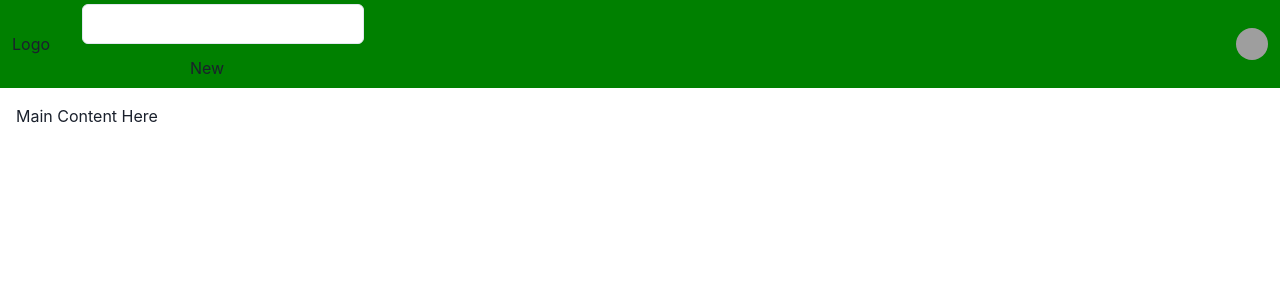
Repository: Vedprakas987/Shopee_cw24
Page: / (app in shopee_online/)
An editor plug-in stored every save of this project. The page is shown before and after the next save, followed by the edit.
The browser window is 1280 px wide. The pictures show the whole page.
Pictures or frames that could not be fetched are drawn as grey boxes. The project was rebuilt for these pictures with package versions that can differ from the ones it lists, and the page was loaded fresh each time.

Above is the page before, as saved 2022-12-15 21:17:58.

After the next save:
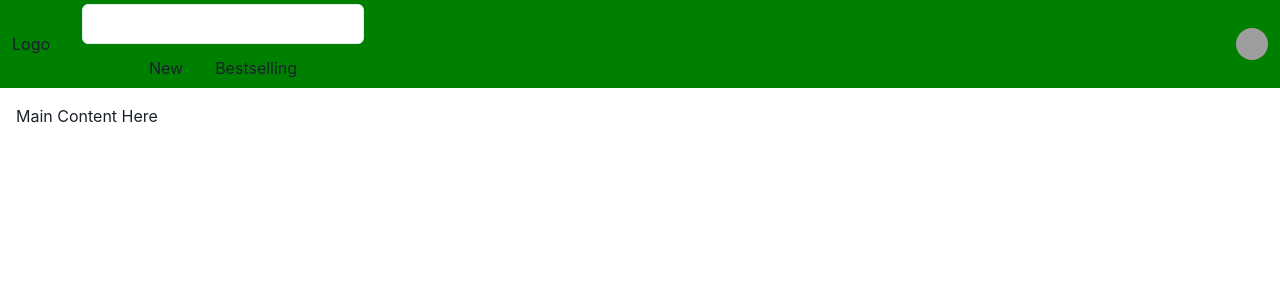
Saved 5 s later.
--- a/shopee_online/src/Routes/Navbar.jsx
+++ b/shopee_online/src/Routes/Navbar.jsx
@@ -19,7 +19,7 @@ import {
 } from '@chakra-ui/react';
 import { HamburgerIcon, CloseIcon } from '@chakra-ui/icons';
 
-const Links = ['New',''];
+const Links = ['New','Bestselling'];
 
 const NavLink = ({ children }) => (
   <Link
